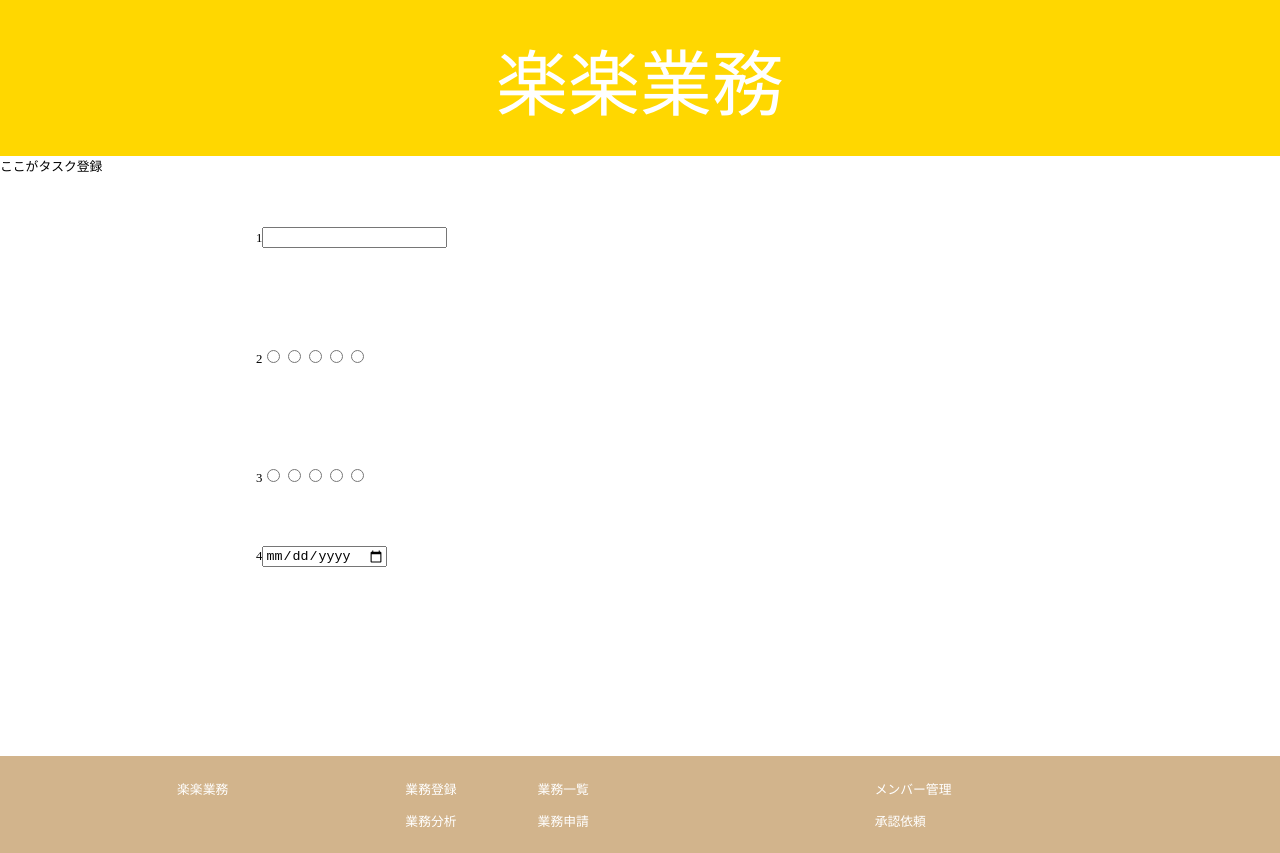
Repository: Reiya-1003/VueReplaceTask
Page: /#/register
The author's editor kept a copy of each file at every save. The page is drawn from the files as they stood at one save, then again after the next save.
The browser window is 1280 px wide. The pictures show the whole page.
The project was rebuilt for these pictures with package versions that can differ from the ones it lists, and the page was loaded fresh each time. Also part of the build but not shown: vue.config.js, src/components/pages/PageHome.vue.

Above is the page before, as saved 2022-06-16 15:29:30.

### public/index.html
<!DOCTYPE html>
<html lang="">
  <head>
    <meta charset="utf-8">
    <meta http-equiv="X-UA-Compatible" content="IE=edge">
    <meta name="viewport" content="width=device-width,initial-scale=1.0">
    <link rel="icon" href="<%= BASE_URL %>favicon.ico">
    <link rel="stylesheet" href="style.css">
    <title><%= htmlWebpackPlugin.options.title %></title>
  </head>
  <body>
    <noscript>
      <strong>We're sorry but <%= htmlWebpackPlugin.options.title %> doesn't work properly without JavaScript enabled. Please enable it to continue.</strong>
    </noscript>
    <div id="app"></div>
    <!-- built files will be auto injected -->
  </body>
</html>

### src/main.js
import Vue from 'vue'
import App from './App.vue'
import router from './roter'

Vue.config.productionTip = false


new Vue({
  router,
  render: h => h(App),
}).$mount('#app')

### src/App.vue
<template>
  <div>
      <PageHeader />

        <!-- <PageHome /> -->
        <router-view />

      <PageFooter />
  </div>
</template>

<script>
import PageHeader from "./components/modules/PageHeader";
import PageFooter from "./components/modules/PageFooter";


export default {
  name: 'App',
  components: {
    PageHeader,
    PageFooter,


  },

}
</script>

<style>

</style>

### src/roter.js
import Vue from 'vue'
import VueRouter from 'vue-router'
import Home from '@/components/pages/PageHome.vue'
import Register from '@/components/pages/PageRegister.vue'




Vue.use(VueRouter)

export default new VueRouter({
  // デフォルトの挙動では URL に `#` が含まれる.
  // URL から hash を取り除くには `mode:history` を指定する
  // mode: 'history',
  base: __dirname,

  routes: [
    {
      path: '/',
      name: 'home',
      component: Home
    },
    {
      path: '/register',
      name: 'register',
      component: Register
    },



  ]

})

### src/components/modules/PageHeader.vue
<template>
  <header id="headerblock">

    <h1 id="title" ><router-link to="/" >楽楽業務</router-link></h1>


  </header>
</template>

<script>
export default {
  name: 'PageHeader',

}
</script>


<style lang="scss" type="text/css">
  #headerblock{
    height: 10%;
    width: 100%;
    background-color: #ffd700;
    h1{
      margin: 0;
      text-align: center;
      padding: 2%;
      color: white;
      font-size: 10vh;
      font-weight: normal;
      a{
      cursor: pointer;
      color: inherit;
      text-decoration: none;
    }
    }


  }
</style>

### src/components/modules/PageFooter.vue
<template>
  <div id="footblock">

    <div class="flexitem1">
      <p><router-link to="/" >楽楽業務</router-link></p>
    </div>
    <div class="flexitem2">
      <div>
        <!-- roter-linkになると思う -->
        <p><router-link to="/register">業務登録</router-link></p>
        <p>業務分析</p>
      </div>
      <div class="item">
        <p>業務一覧</p>
        <p>業務申請</p>
      </div>
    </div>
    <div class="flexitem3">
      <p>メンバー管理</p>
      <p>承認依頼</p>
    </div>


  </div>
</template>

<script>
export default {
  name: 'PageFooter',

}
</script>


<style lang="scss" type="text/css">
  #footblock{
    background-color: #d2b48c;
    color: white;
    display: flex;
    justify-content: space-around;

    .flexitem1{
      width: 100%;
      text-align: center;
      padding-top: 10px;
      padding-bottom: 10px;
      a{
      cursor: pointer;
      color: inherit;
      text-decoration: none;
      }
    }
    .flexitem2{
      width: 100%;
      display: flex;
      padding-top: 10px;
      padding-bottom: 10px;
      justify-content: flex-start;
      a{
      cursor: pointer;
      color: inherit;
      text-decoration: none;
      }
      .item{
        padding-left: 20%;
      }
    }
    .flexitem3{
      padding-top: 10px;
      padding-bottom: 10px;
      padding-left: 5%;
      width: 100%;
      a{
      cursor: pointer;
      color: inherit;
      text-decoration: none;
      }
    }
  }
</style>

### src/components/pages/PageRegister.vue
<template>
  <div style="height: 600px">
    <div>ここがタスク登録</div>

    <div class="listbox">
      <div class="listitem"><span>1</span><input type="text"></div>
      <div class="listitem"><span>2</span><input type="radio"><input type="radio"><input type="radio"><input type="radio"><input type="radio"></div>
      <div class="listitem"><span>3</span><input type="radio"><input type="radio"><input type="radio"><input type="radio"><input type="radio"></div>
      <div class="lisitem"><span>4</span><input type="date"></div>
    </div>

  </div>
</template>

<script>
export default {
  name: "PageRegister",
};
</script>

<style lang="scss" type="text/css">
.listbox {
  margin: 3px auto;
  height: 400px;
  width: 60%;
  display: flex;
  flex-direction: column;
  justify-content: space-around;
  .listitem{
    padding-top: 5%;
    padding-bottom: 5%;
  }




}
</style>

### public/style.css
body{
  margin: 0;
  font-size: 1vmax;
}

After the next save:
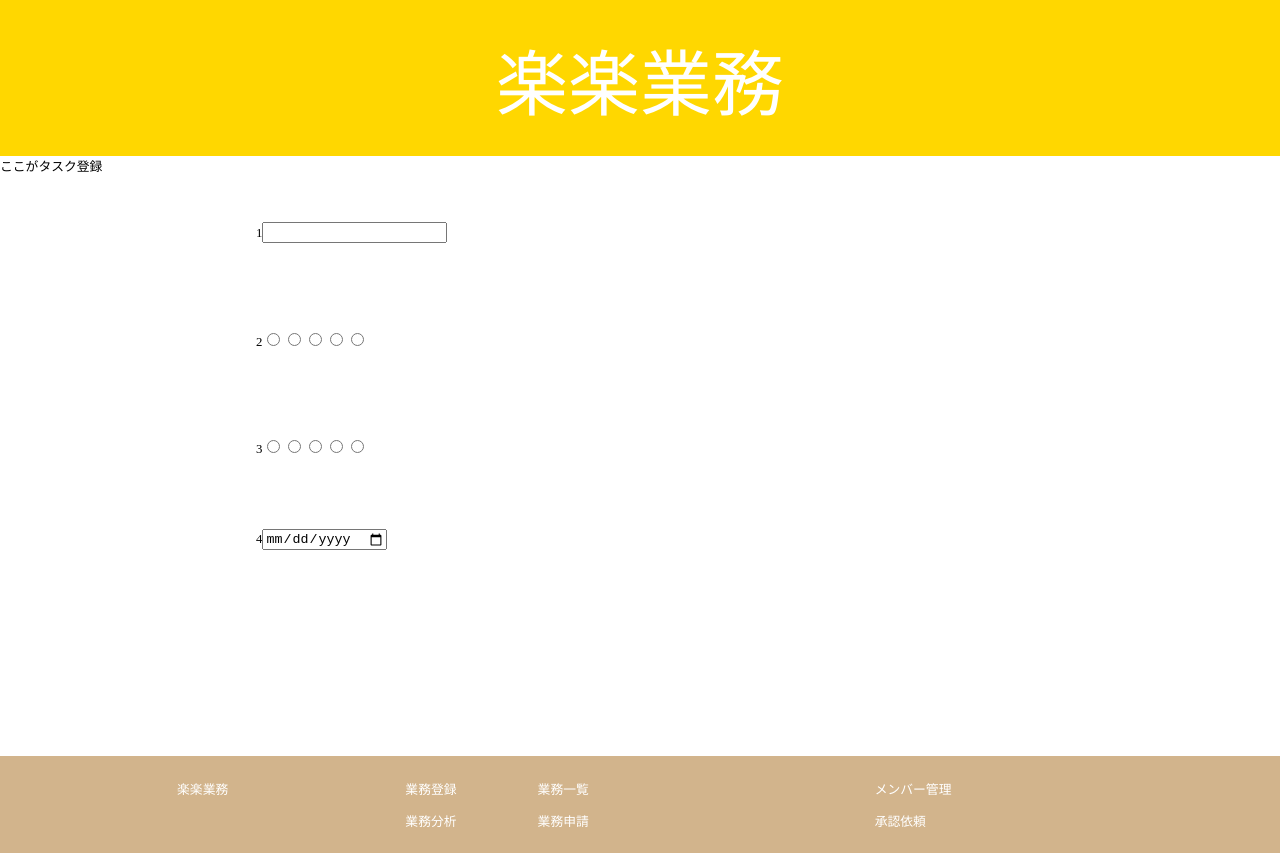
Saved 23 s later.
--- a/src/components/pages/PageRegister.vue
+++ b/src/components/pages/PageRegister.vue
@@ -27,8 +27,8 @@ export default {
   flex-direction: column;
   justify-content: space-around;
   .listitem{
-    padding-top: 5%;
-    padding-bottom: 5%;
+    padding-top: 2%;
+    padding-bottom: 2%;
   }
 
 
